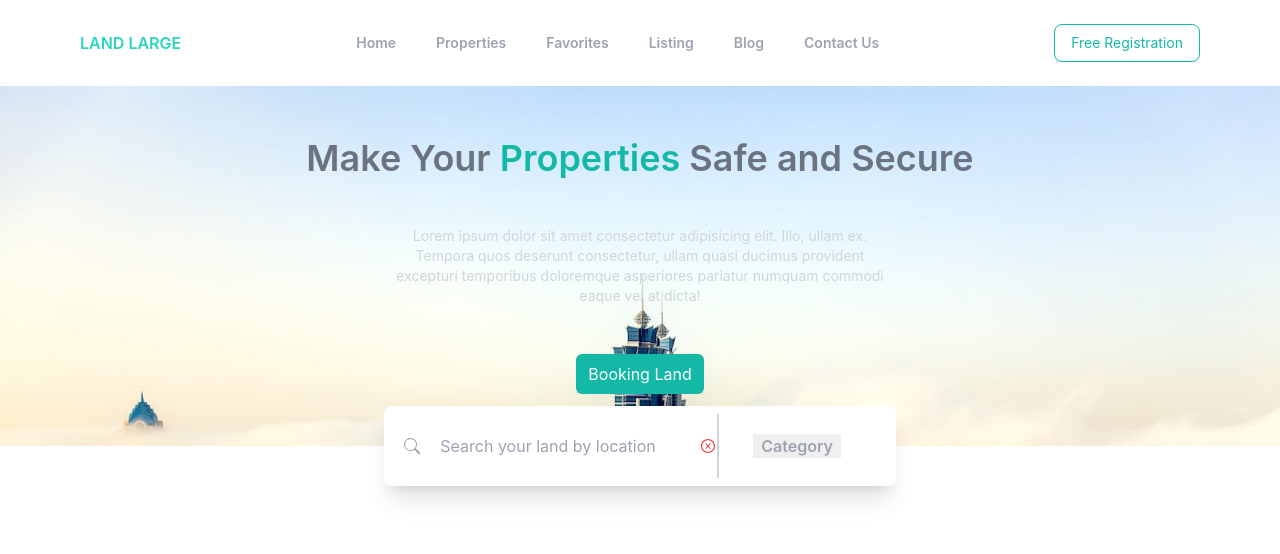
Repository: MuniruIssah/realestate
Page: /
An editor plug-in stored every save of this project. The page is shown before and after a run of saves, followed by the edit.
The browser window is 1280 px wide. The pictures show the whole page.
Pictures or frames that could not be fetched are drawn as grey boxes. The project was rebuilt for these pictures with package versions that can differ from the ones it lists, and the page was loaded fresh each time. Also part of the build but not shown: src/App.css.

Above is the page before, as saved 2022-02-19 23:09:42.

After the next 5 saves:
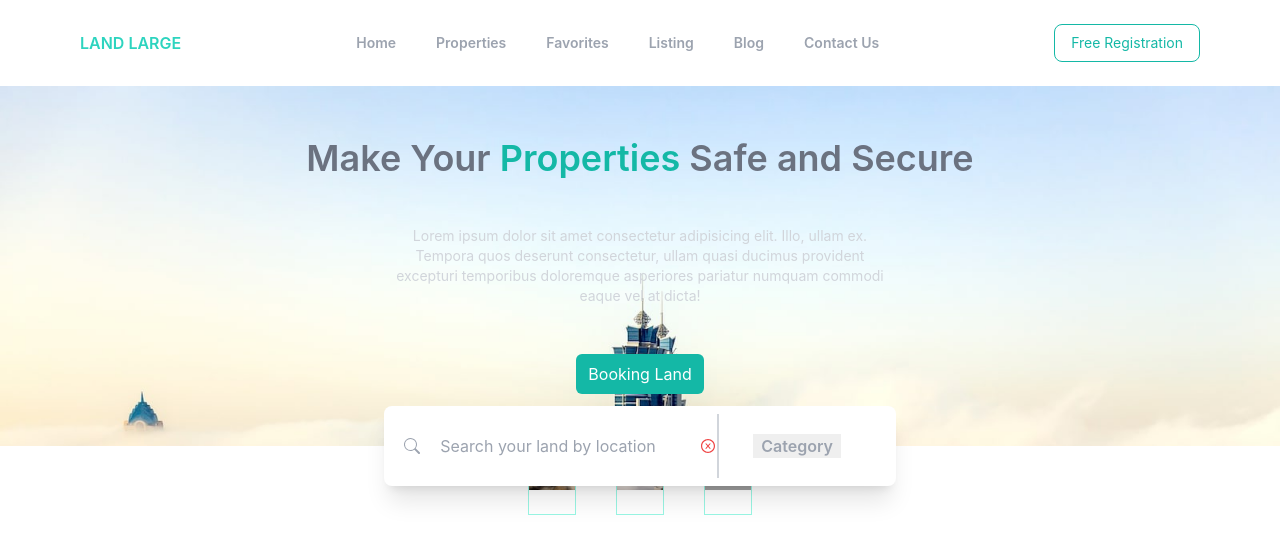
The 5 saves are shown as one change because 2 did not build or start and some came seconds apart.
The last was saved 20 s later.
--- a/src/App.js
+++ b/src/App.js
@@ -1,16 +1,17 @@
-import logo from './logo.svg';
-import './App.css';
-import Header from './components/Header';
-import Jumbotron from './components/Jumbotron';
-import Search from './components/Search';
+import logo from "./logo.svg";
+import "./App.css";
+import Header from "./components/Header";
+import Jumbotron from "./components/Jumbotron";
+import Search from "./components/Search";
+import Services from "./components/Services";
 
 function App() {
   return (
     <div className="h-screen">
-      <Header/>
-      <Jumbotron/>
-      <Search/>
-
+      <Header />
+      <Jumbotron />
+      <Search />
+      <Services />
     </div>
   );
 }
